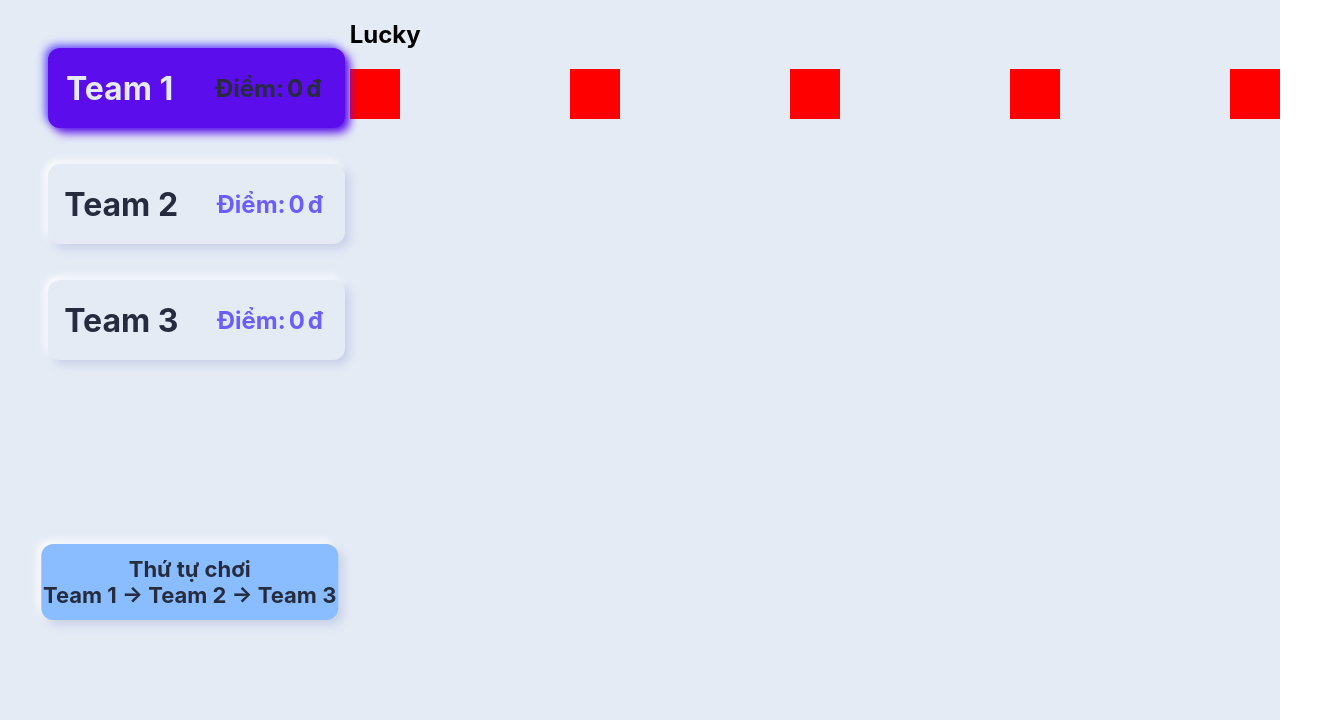
Repository: tinh2044/quzzi_game
Page: /
The author's editor kept a copy of each file at every save. The page is drawn from the files as they stood at one save, then again after the next save.
The browser window is 1280 px wide. The page is 1280 px wide, then 1328 px, so the pictures cover 1328 px, including what lies to the right of the window. The pictures show the whole page.
The project was rebuilt for these pictures with package versions that can differ from the ones it lists, and the page was loaded fresh each time. Also part of the build but not shown: src/components/Notification.jsx, src/components/AnswerItem.jsx, src/components/Question.jsx, src/components/SortTeam.jsx.

Above is the page before, as saved 2022-12-15 09:41:54.

After the next save:
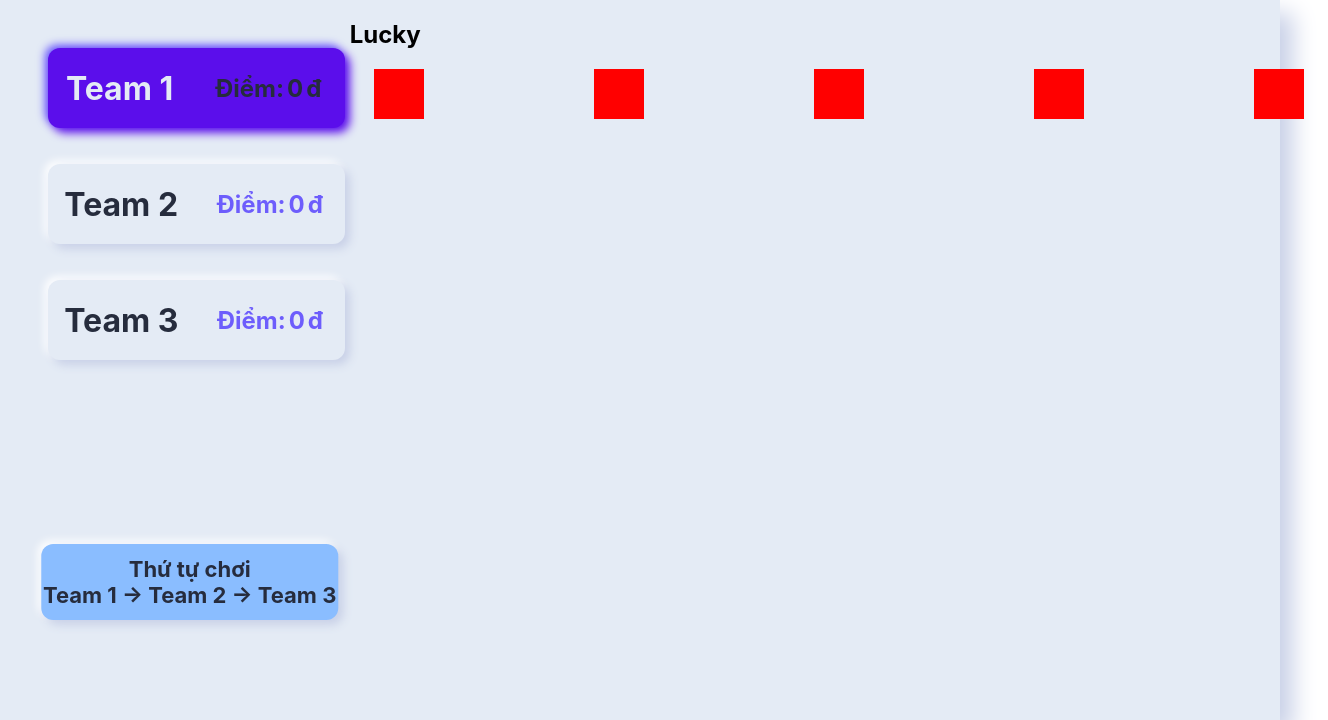
Saved 17 s later.
--- a/src/App.css
+++ b/src/App.css
@@ -307,6 +307,7 @@ input:focus {
     display: flex;
     align-items: center;
     justify-content: space-between;
+    padding: 0 24px;
 }
 .item-lucky {
     width: 50px;
